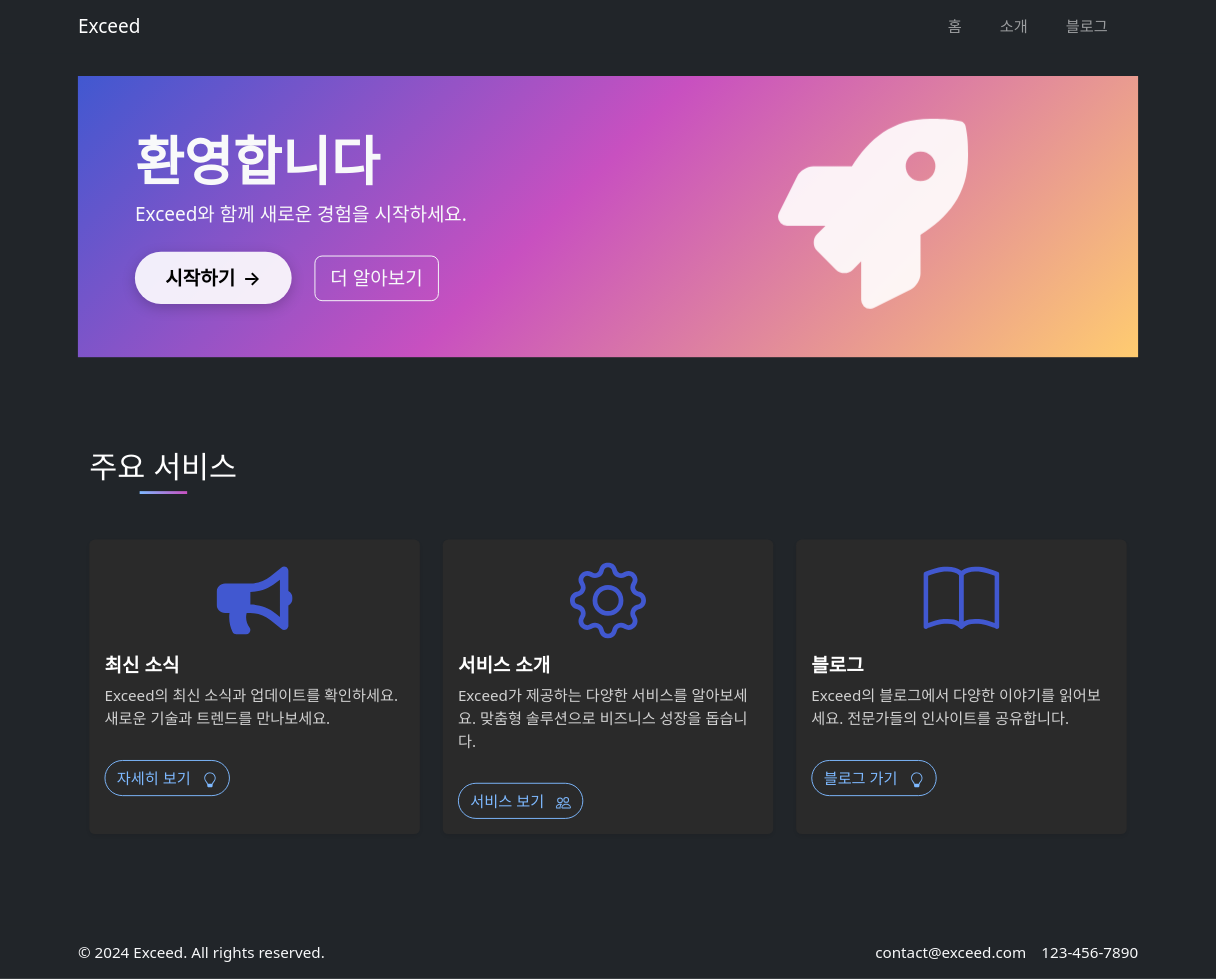
Repository: somej-123/exceed
Page: /
An editor plug-in stored every save of this project. The page is shown before and after the next save, followed by the edit.
The browser window is 1280 px wide. The pictures show the whole page, at 95% of full size.
The project was rebuilt for these pictures with package versions that can differ from the ones it lists, and the page was loaded fresh each time. Also part of the build but not shown: vite.config.ts, src/pages/Info.tsx, src/pages/Blog.tsx.

Above is the page before, as saved 2025-03-23 20:04:44.

### src/App.tsx
import { BrowserRouter as Router, Routes, Route } from 'react-router-dom';
import Layout from './components/Layout';
import Home from './pages/Home';
import Info from './pages/Info';
import Blog from './pages/Blog';
import 'bootstrap/dist/css/bootstrap.min.css';

function App() {
  return (
    <Router>
      <Routes>
        <Route path="/" element={<Layout />}>
          <Route index element={<Home />} />
          <Route path="info" element={<Info />} />
          <Route path="blog" element={<Blog />} />
        </Route>
      </Routes>
    </Router>
  );
}

export default App;

### src/components/Layout.tsx
import { Container } from 'react-bootstrap';
import Header from './Header';
import Footer from './Footer';
import { Outlet } from 'react-router-dom';
import styles from '../styles/Layout.module.css';

const Layout = () => {
  return (
    <div className={`d-flex flex-column min-vh-100 bg-dark text-light ${styles.layoutContainer}`}>
      <Header />
      <Container className="flex-grow-1 py-4">
        <Outlet />
      </Container>
      <Footer />
    </div>
  );
};

export default Layout;

### src/pages/Home.tsx
import { Container, Row, Col, Card, Button } from 'react-bootstrap';
import { FaRocket, FaBullhorn } from 'react-icons/fa';
import { BsLightbulb, BsBook, BsGear, BsPeople } from 'react-icons/bs';
import '../styles/home.css';

const Home = () => {
  return (
    <>
      {/* 히어로 섹션 */}
      <div className="hero-section text-light py-5 mb-5">
        <Container>
          <Row className="align-items-center">
            <Col md={6} className="mb-md-0">
              <h1 className="display-4 fw-bold ms-md-5">환영합니다</h1>
              <p className="lead mb-4 ms-md-5">Exceed와 함께 새로운 경험을 시작하세요.</p>
              <Button
                variant="light"
                size="lg"
                className="me-3 ms-md-5 custom-btn"
              >
                시작하기
                <span className="ms-2">→</span>
              </Button>
              <Button variant="outline-light" size="lg" className="ms-md-2">더 알아보기</Button>
            </Col>
            <Col md={6} className="text-center">
              <FaRocket size={200} className="hero-icon" />
            </Col>
          </Row>
        </Container>
      </div>

      {/* 주요 서비스 섹션 */}
      <Container className="py-5">
        <h2 className="text-center mb-5 section-title">주요 서비스</h2>
        <Row>
          <Col md={4} className="mb-4">
            <Card className="h-100 shadow-sm hover-card border-0">
              <div className="text-center pt-4">
                <FaBullhorn size={80} className="service-icon" />
              </div>
              <Card.Body>
                <Card.Title className="fw-bold">최신 소식</Card.Title>
                <Card.Text>
                  Exceed의 최신 소식과 업데이트를 확인하세요.
                  새로운 기술과 트렌드를 만나보세요.
                </Card.Text>
                <Button variant="outline-primary" className="mt-3 rounded-pill">
                  자세히 보기 <BsLightbulb className="ms-2" />
                </Button>
              </Card.Body>
            </Card>
          </Col>
          <Col md={4} className="mb-4">
            <Card className="h-100 shadow-sm hover-card border-0">
              <div className="text-center pt-4">
                <BsGear size={80} className="service-icon" />
              </div>
              <Card.Body>
                <Card.Title className="fw-bold">서비스 소개</Card.Title>
                <Card.Text>
                  Exceed가 제공하는 다양한 서비스를 알아보세요.
                  맞춤형 솔루션으로 비즈니스 성장을 돕습니다.
                </Card.Text>
                <Button variant="outline-primary" className="mt-3 rounded-pill">
                  서비스 보기 <BsPeople className="ms-2" />
                </Button>
              </Card.Body>
            </Card>
          </Col>
          <Col md={4} className="mb-4">
            <Card className="h-100 shadow-sm hover-card border-0">
              <div className="text-center pt-4">
                <BsBook size={80} className="service-icon" />
              </div>
              <Card.Body>
                <Card.Title className="fw-bold">블로그</Card.Title>
                <Card.Text>
                  Exceed의 블로그에서 다양한 이야기를 읽어보세요.
                  전문가들의 인사이트를 공유합니다.
                </Card.Text>
                <Button variant="outline-primary" className="mt-3 rounded-pill">
                  블로그 가기 <BsLightbulb className="ms-2" />
                </Button>
              </Card.Body>
            </Card>
          </Col>
        </Row>
      </Container>

      {/* CSS 스타일 추가 */}
      <style>{`
        .custom-btn {
          background: rgba(255, 255, 255, 0.9);
          border: none;
          border-radius: 50px;
          padding: 0.8rem 2rem;
          font-weight: 600;
          transition: all 0.3s ease;
          box-shadow: 0 4px 15px rgba(0, 0, 0, 0.2);
        }

        .custom-btn:hover {
          background: #ffffff;
          transform: translateY(-2px);
          box-shadow: 0 8px 25px rgba(0, 0, 0, 0.3);
        }

        .custom-btn span {
          display: inline-block;
          transition: transform 0.3s ease;
        }

        .custom-btn:hover span {
          transform: translateX(5px);
        }
      `}</style>
    </>
  );
};

export default Home;

### src/components/Header.tsx
import { Navbar, Nav, Container } from 'react-bootstrap';
import { Link } from 'react-router-dom';

const Header = () => {
  return (
    <Navbar bg="dark" variant="dark" expand="lg">
      <Container>
        <Navbar.Brand as={Link} to="/">Exceed</Navbar.Brand>
        <Navbar.Toggle aria-controls="basic-navbar-nav" />
        <Navbar.Collapse id="basic-navbar-nav">
          <Nav className="ms-auto">
            <Nav.Link as={Link} className="me-4" to="/">홈</Nav.Link>
            <Nav.Link as={Link} className="me-4" to="/info">소개</Nav.Link>
            <Nav.Link as={Link} className="me-4" to="/blog">블로그</Nav.Link>
          </Nav>
        </Navbar.Collapse>
      </Container>
    </Navbar>
  );
};

export default Header;

### src/components/Footer.tsx
import { Container, Row, Col } from 'react-bootstrap';

const Footer = () => {
  return (
    <footer className="bg-dark text-light py-3 mt-auto">
      <Container>
        <Row className="align-items-center">
          <Col md={6} className="text-center text-md-start">
            <p className="mb-0">&copy; 2024 Exceed. All rights reserved.</p>
          </Col>
          <Col md={6} className="text-center text-md-end">
            <a href="mailto:contact@exceed.com" className="text-light text-decoration-none me-3">
              contact@exceed.com
            </a>
            <a href="tel:123-456-7890" className="text-light text-decoration-none">
              123-456-7890
            </a>
          </Col>
        </Row>
      </Container>
    </footer>
  );
};

export default Footer;

### src/styles/Layout.module.css
.layoutContainer {
  background-color: #1a1a1a;
  color: #ffffff;
}

.layoutContainer :global(.card) {
  background-color: #2a2a2a;
  border: none;
  color: #ffffff;
}

.layoutContainer :global(.card .card-title) {
  color: #ffffff;
}

.layoutContainer :global(.card .card-text) {
  color: #d1d1d1;
}

.layoutContainer :global(.btn-outline-primary) {
  color: #7eb9ff;
  border-color: #7eb9ff;
}

.layoutContainer :global(.btn-outline-primary:hover) {
  background-color: #7eb9ff;
  color: #1a1a1a;
}

.layoutContainer :global(.text-muted) {
  color: #b0b0b0 !important;
}

.layoutContainer :global(.section-title) {
  color: #ffffff !important;
}

.layoutContainer :global(.section-title::after) {
  background: linear-gradient(to right, #7eb9ff, #c850c0);
}

### src/styles/home.css
.hero-section {
  background: linear-gradient(135deg, #4158D0 0%, #C850C0 46%, #FFCC70 100%);
  position: relative;
  overflow: hidden;
}

.hero-icon {
  animation: float 3s ease-in-out infinite;
  color: rgba(255, 255, 255, 0.9);
}

.section-title {
  color: #333;
  position: relative;
  display: inline-block;
  padding-bottom: 10px;
}

.section-title::after {
  content: '';
  position: absolute;
  width: 50px;
  height: 3px;
  bottom: 0;
  left: 50%;
  transform: translateX(-50%);
  background: linear-gradient(to right, #4158D0, #C850C0);
}

.service-icon {
  color: #4158D0;
  transition: color 0.3s ease;
}

.hover-card {
  transition: all 0.3s ease-in-out;
  background: #fff;
}

.hover-card:hover {
  transform: translateY(-5px);
  box-shadow: 0 10px 20px rgba(0,0,0,0.1) !important;
}

.hover-card:hover .service-icon {
  color: #C850C0;
}

@keyframes float {
  0% { transform: translateY(0px); }
  50% { transform: translateY(-20px); }
  100% { transform: translateY(0px); }
}

.rounded-pill {
  padding-left: 1.5rem;
  padding-right: 1.5rem;
}

Loaded but not shown: index.html (common file); src/main.tsx (common file)

After the next save:
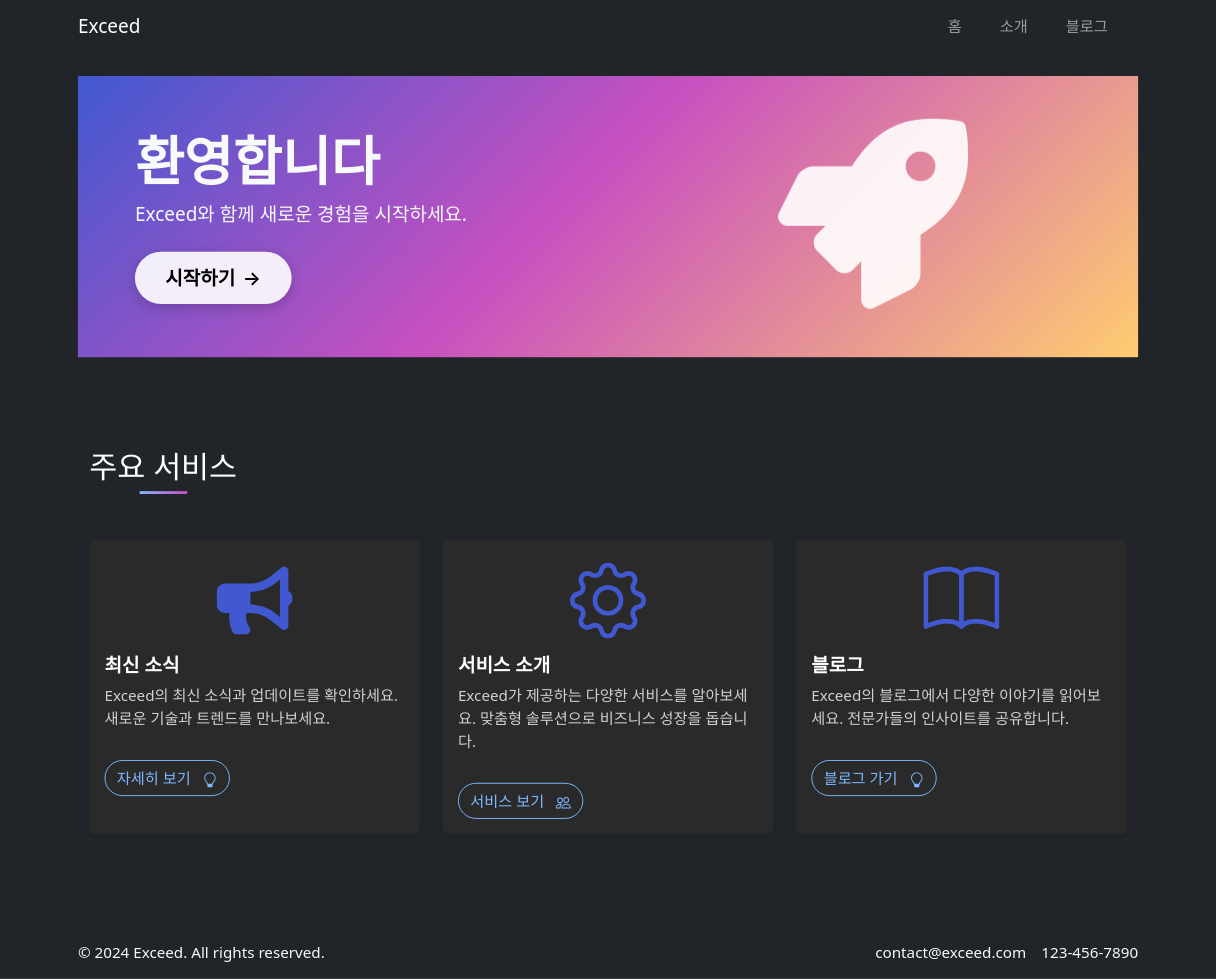
Saved 20 s later.
--- a/src/pages/Home.tsx
+++ b/src/pages/Home.tsx
@@ -21,7 +21,7 @@ const Home = () => {
                 시작하기
                 <span className="ms-2">→</span>
               </Button>
-              <Button variant="outline-light" size="lg" className="ms-md-2">더 알아보기</Button>
+              {/* <Button variant="outline-light" size="lg" className="ms-md-2">더 알아보기</Button> */}
             </Col>
             <Col md={6} className="text-center">
               <FaRocket size={200} className="hero-icon" />
